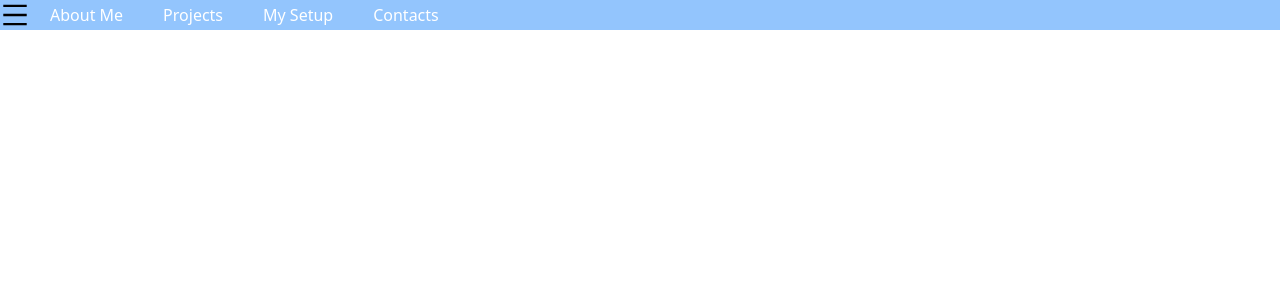
Repository: joshuayanggithub/joshua-yang-website
Page: /
The author's editor kept a copy of each file at every save. The page is drawn from the files as they stood at one save, then again after the next save.
The browser window is 1280 px wide. The pictures show the whole page.
The project was rebuilt for these pictures with package versions that can differ from the ones it lists, and the page was loaded fresh each time.

Above is the page before, as saved 2023-01-06 22:07:37.

### public/index.html
<!DOCTYPE html>
<html lang="en">
  <head>
    <meta charset="utf-8" />
    <link rel="icon" href="%PUBLIC_URL%/favicon.ico" />
    <meta name="viewport" content="width=device-width, initial-scale=1" />
    <meta name="theme-color" content="#000000" />
    <meta
      name="description"
      content="Web site created using create-react-app"
    />
    <link rel="apple-touch-icon" href="%PUBLIC_URL%/logo192.png" />
    <!--
      manifest.json provides metadata used when your web app is installed on a
      user's mobile device or desktop. See https://developers.google.com/web/fundamentals/web-app-manifest/
    -->
    <link rel="manifest" href="%PUBLIC_URL%/manifest.json" />
    <!--
      Notice the use of %PUBLIC_URL% in the tags above.
      It will be replaced with the URL of the `public` folder during the build.
      Only files inside the `public` folder can be referenced from the HTML.

      Unlike "/favicon.ico" or "favicon.ico", "%PUBLIC_URL%/favicon.ico" will
      work correctly both with client-side routing and a non-root public URL.
      Learn how to configure a non-root public URL by running `npm run build`.
    -->
    <title>Joshua Yang</title>
  </head>
  <body>
    <noscript>You need to enable JavaScript to run this app.</noscript>
    <div id="root"></div>
    <!--
      This HTML file is a template.
      If you open it directly in the browser, you will see an empty page.

      You can add webfonts, meta tags, or analytics to this file.
      The build step will place the bundled scripts into the <body> tag.

      To begin the development, run `npm start` or `yarn start`.
      To create a production bundle, use `npm run build` or `yarn build`.
    -->
  </body>
</html>

### src/App.js
import NavBar from "./components/NavBar";

function App() {
  return (
    <NavBar />
  );
}

export default App;

### src/components/NavBar.jsx
import React from "react";
import {AiOutlineMenu} from 'react-icons/ai'

const NavBar = () => {
  const links = [
    {'id': 1, 'name': 'About Me'},
    {'id': 2, 'name': 'Projects'},
    {'id': 3, 'name': 'My Setup'},
    {'id': 4, 'name': 'Contacts'}
  ]

  return (
    <div class="flex bg-blue-300 items-center">
      <div>
        <AiOutlineMenu size={30}></AiOutlineMenu>
      </div>
      <ul class="flex">
        {
          links.map((links) =>
            <li>
              <a href='#About' class="flex text-white px-5">{links.name}</a>
            </li>
          )
        }
      </ul>
    </div>
  );
};

export default NavBar;

### tailwind.config.js
/** @type {import('tailwindcss').Config} */
module.exports = {
  content: [
    "./src/components/*.{html,js,jsx}",
    "./src/**/*.{html,js,jsx}",
  ],
  theme: {
    extend: {},
  },
  plugins: [],
}

Loaded but not shown: src/index.js (common file); src/index.css (common file)

After the next save:
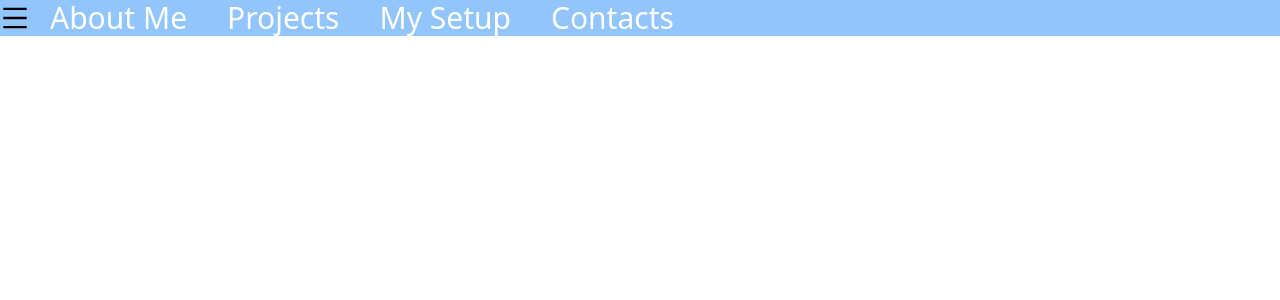
Saved 19 s later.
--- a/src/components/NavBar.jsx
+++ b/src/components/NavBar.jsx
@@ -18,7 +18,7 @@ const NavBar = () => {
         {
           links.map((links) =>
             <li>
-              <a href='#About' class="flex text-white px-5">{links.name}</a>
+              <a href='#About' class="text-3xl flex text-white px-5">{links.name}</a>
             </li>
           )
         }
